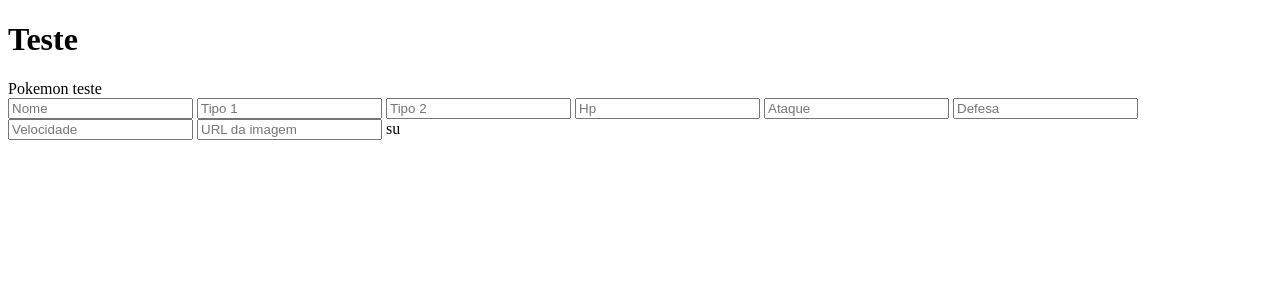
Repository: arthurSchgg/pokedex
Page: front-end/index.html
These files come from the project's save history. The page is drawn as it stood at one moment and after the next save; the edit follows.
The browser window is 1280 px wide. The pictures show the whole page.
The page's requests for data from a server got no answer.

Above is the page before, as saved 2026-09-29 21:17:01.

After the next save:
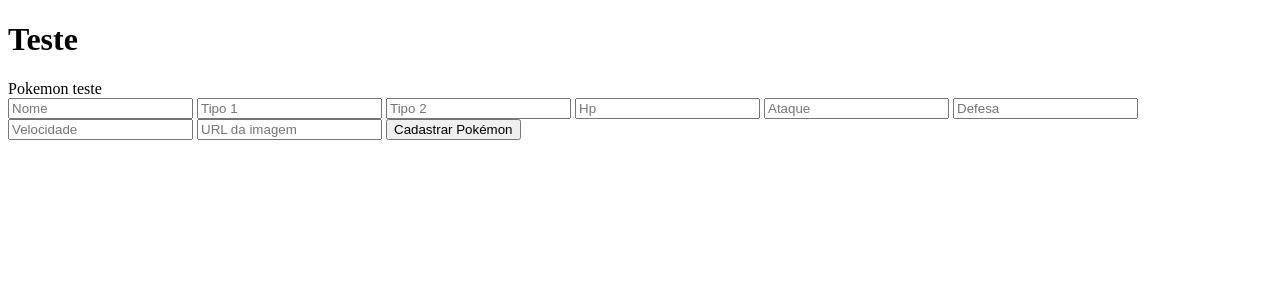
Saved 16 s later.
--- a/front-end/index.html
+++ b/front-end/index.html
@@ -31,7 +31,8 @@
 
         <input id="imagem_url" type="text" placeholder="URL da imagem" required>
 
-        su
+        <button type="submit">Cadastrar Pokémon</button>
+
     </form>
 
     <script src="script.js"></script>
